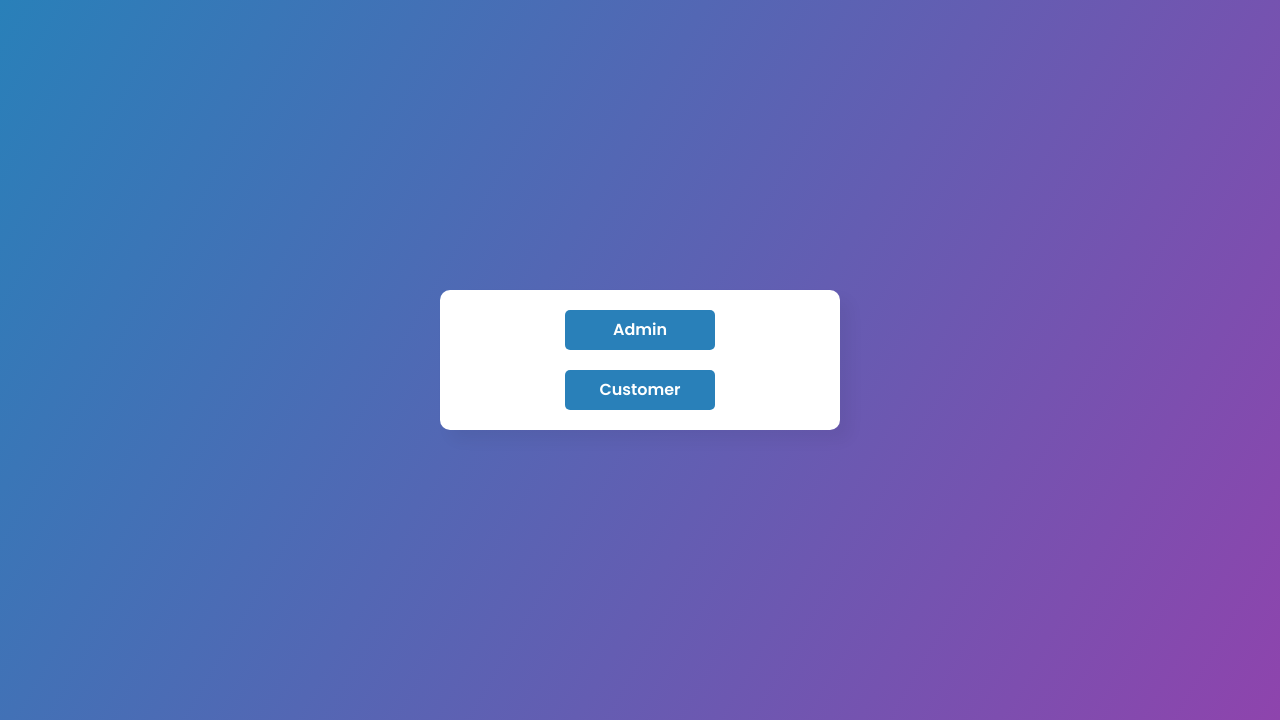
Repository: ducdatit2002/Capstone-management-product
Page: index.html
An editor plug-in stored every save of this project. The page is shown before and after the next save, followed by the edit.
The browser window is 1280 px wide. The pictures show the whole page.
Some web libraries are served in a nearby version. The style sheet was rebuilt from its Sass, Less or Tailwind sources for each picture, by a compiler version that may differ from the author's.

Above is the page before, as saved 2023-10-26 16:37:55.

### index.html
<!DOCTYPE html>
<html lang="en">

<head>
	<meta charset="UTF-8" />
	<meta name="viewport" content="width=device-width, initial-scale=1.0" />
	<meta http-equiv="X-UA-Compatible" content="ie=edge" />
	<title>Quản lý sản phẩm</title>
	<link rel="stylesheet" href="https://stackpath.bootstrapcdn.com/font-awesome/4.7.0/css/font-awesome.min.css" />
	<link rel="stylesheet" href="https://maxcdn.bootstrapcdn.com/bootstrap/4.0.0/css/bootstrap.min.css"
		integrity="sha384-Gn5384xqQ1aoWXA+058RXPxPg6fy4IWvTNh0E263XmFcJlSAwiGgFAW/dAiS6JXm" crossorigin="anonymous" />

	<!-- CSS -->
	<!-- <link rel="stylesheet" href="./assets/css/style.css"> -->
	<link rel="stylesheet" href="./assets/main.css">
</head>

<body>
	<div class="center">
		<div class="btn_page">
			<a class="btn btn_admin" href="./admin/views/index.html">Admin</a>
		</div>
		<div class="btn_page">
			<a class="btn btn_customer" href="./customer/views/index.html">Customer</a>
		</div>
	</div>

	<div id="container"></div>
	<style>
		#container {
			min-width: 310px;
			max-width: 800px;
			height: 400px;
			margin: 0 auto;
		}
	</style>
	<script src="https://code.jquery.com/jquery-3.3.1.min.js"
		integrity="sha256-FgpCb/KJQlLNfOu91ta32o/NMZxltwRo8QtmkMRdAu8=" crossorigin="anonymous"></script>
	<script src="https://cdnjs.cloudflare.com/ajax/libs/popper.js/1.12.9/umd/popper.min.js"
		integrity="sha384-ApNbgh9B+Y1QKtv3Rn7W3mgPxhU9K/ScQsAP7hUibX39j7fakFPskvXusvfa0b4Q"
		crossorigin="anonymous"></script>
	<script src="https://maxcdn.bootstrapcdn.com/bootstrap/4.0.0/js/bootstrap.min.js"
		integrity="sha384-JZR6Spejh4U02d8jOt6vLEHfe/JQGiRRSQQxSfFWpi1MquVdAyjUar5+76PVCmYl"
		crossorigin="anonymous"></script>
	<script src="https://cdn.jsdelivr.net/npm/axios/dist/axios.min.js"></script>

	<!-- Customer Page -->
	<!-- <script src="./customer/models/Product.js"></script>
	<script src="./customer/services/productAPI.js"></script>
	<script src="./customer/controllers/main.js"></script> -->

	<!-- Admin Page -->
	<!-- <script src="./admin/models/Product.js"></script>
	<script src="./admin/services/productAPI.js"></script>
	<script src="./admin/controllers/main.js"></script> -->

</body>

</html>

### assets/main.scss
@import "./Helpers/variables";

@import "./Base/reset";
@import "./Components/button";
@import "./Helpers/variables";
@import "./Pages/admin";
@import "./Helpers/mixin"

### assets/Helpers/_variables.scss
// color
$color-1-white: #fff;
$color-1-blue: #2980b9;
$color-1-purple: #8e44ad;
$color-sp-thongbao: red;
$color-1-content: #ACB6E5;
$color-2-content: #74ebd5;

// font-size

// breakpoints
$breakpoints: (
    "small": 576px,
    "medium": 768px,
    "large": 992px,
    "extra-large": 1200px
)

### assets/Base/_reset.scss
@import url('https://fonts.googleapis.com/css2?family=Noto+Sans:wght@700&family=Poppins:wght@400;500;600&display=swap');

* {
    margin: 0;
    padding: 0;
    box-sizing: border-box;
    font-family: "Poppins", sans-serif;
}

body {
    font-family: 'Poppins', sans-serif;
    margin: 0;
    padding: 0;
    background: linear-gradient(120deg, $color-1-blue, $color-1-purple);
    height: 100vh;
}

a:link {
    text-decoration: none;
}

.center {
    position: absolute;
    top: 50%;
    left: 50%;
    transform: translate(-50%, -50%);
    width: 400px;
    background: white;
    border-radius: 10px;
    box-shadow: 10px 10px 15px rgba(0, 0, 0, 0.05);
}

### assets/Components/_button.scss
.btn_page {
    text-align: center;
    margin-top: 20px;
    margin-bottom: 20px;
}

.btn_admin,
.btn_customer {
    width: 150px;
    height: 40px;
    border-radius: 5px;
    border: none;
    font-weight: bold;
    background-color: $color-1-blue;
    color: #fff;
    line-height: 1.8em;
}

.btn_admin:hover,
.btn_customer:hover {
    cursor: pointer;
    background-color: $color-1-purple;
    color: $color-1-white;
}

.btn_admin:hover a,
.btn_customer:hover a {
    color: $color-1-blue;
}

### assets/Pages/_admin.scss
.sp-thongbao {
    color: $color-sp-thongbao;
    margin-left: 2px;
    display: none;
}

.wrapper {
    padding-top: 40px;
}

#content {
    width: 100%;
    /* background: #74ebd5; */
    /* fallback for old browsers */
    background: -webkit-linear-gradient(to right, $color-1-content, $color-2-content);
    /* Chrome 10-25, Safari 5.1-6 */
    background: linear-gradient(to right, $color-1-content, $color-2-content);
    /* W3C, IE 10+/ Edge, Firefox 16+, Chrome 26+, Opera 12+, Safari 7+ */
}

### assets/Helpers/_mixin.scss
@mixin styleButton($background, $color, $border, $border-radius) {
    background-color: $background;
    color: $color;
    border: $border;
    border-radius: $border-radius;
}

@mixin reponsive($screen) {
    @if(map-has-key($map: $breakpoints, $key: $screen)) {
        $width: map-get($map: $breakpoints, $key: $screen);

        @media (min-width: $width) {
            @content
        }
    }else {
        @warn "invalid screen"
    }
}

After the next save:
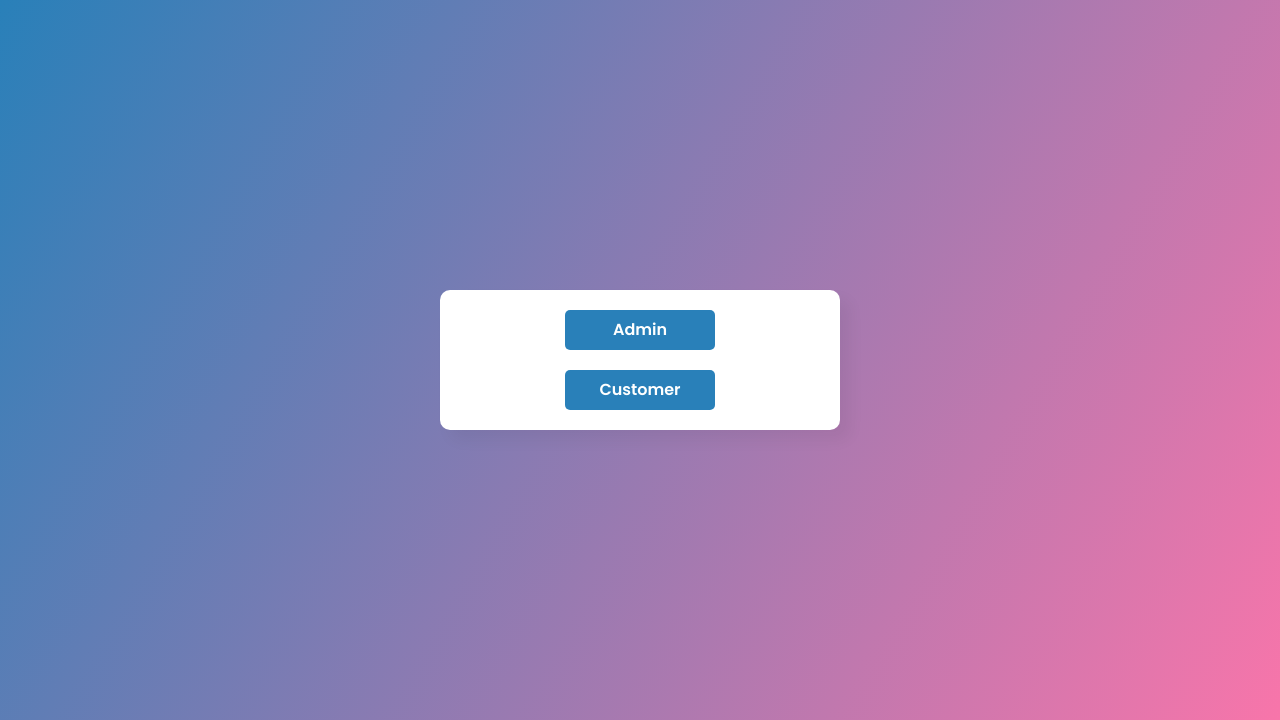
Saved 110 s later.
--- a/assets/Helpers/_variables.scss
+++ b/assets/Helpers/_variables.scss
@@ -1,7 +1,7 @@
 // color
 $color-1-white: #fff;
 $color-1-blue: #2980b9;
-$color-1-purple: #8e44ad;
+$color-1-purple: #F875AA;
 $color-sp-thongbao: red;
 $color-1-content: #ACB6E5;
 $color-2-content: #74ebd5;
